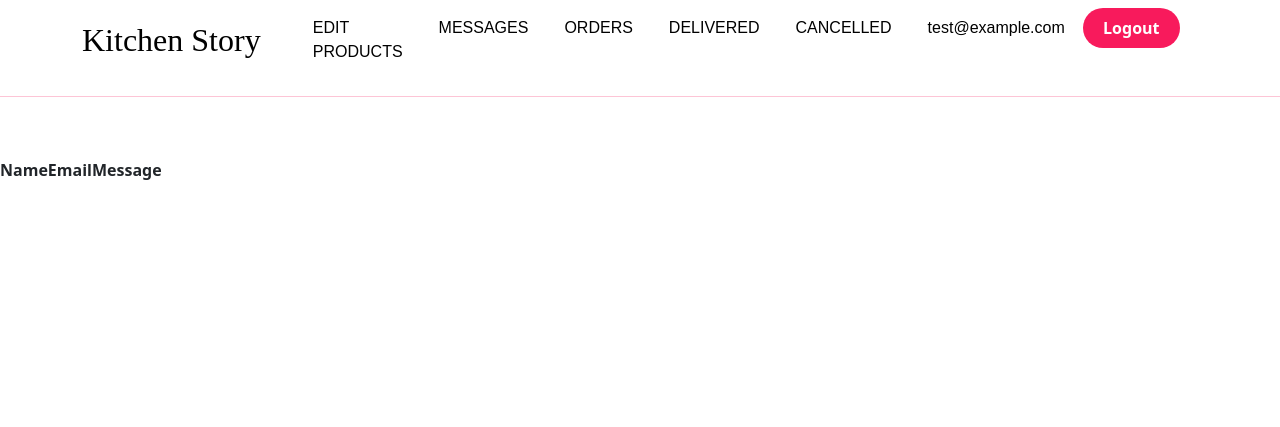
Repository: manishmachha/project-kitchenStory
Page: http://localhost/Phase_4_Kitchen_Story/admin/messages.jsp
An editor plug-in stored every save of this project. The page is shown before and after the next save, followed by the edit.
The browser window is 1280 px wide. The pictures show the whole page.
Some web fonts or font styles are not loaded; a fallback is used. Some web libraries are served in a nearby version. The page is served by Tomcat 10. The session is filled in as if someone had signed in: {"email": "test@example.com"}. Queries for data that is not in the repository find no rows.

Above is the page before, as saved 2022-03-11 06:34:29.

After the next save:
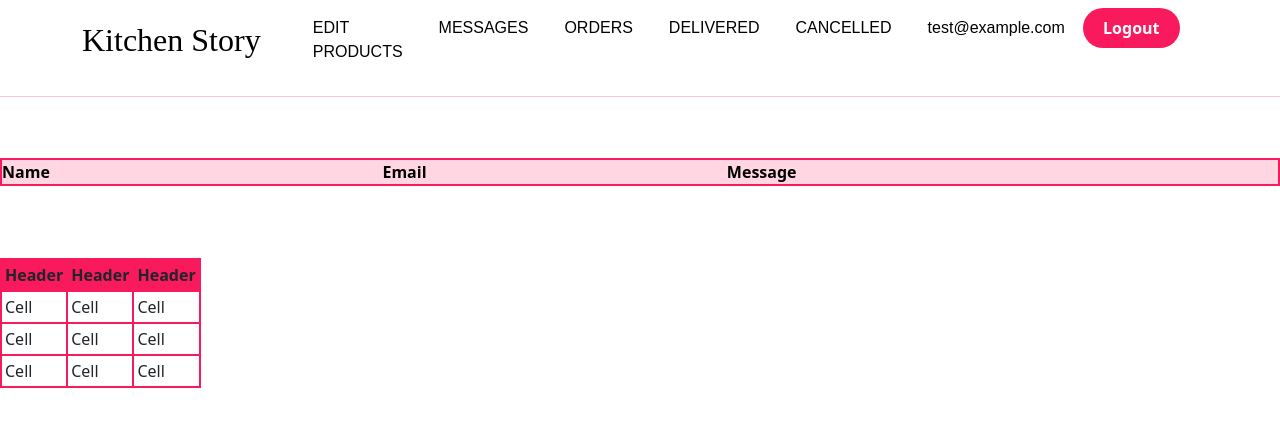
Saved 5 min 16 s later.
--- a/Phase 4 Kitchen Story/src/main/webapp/admin/messages.jsp
+++ b/Phase 4 Kitchen Story/src/main/webapp/admin/messages.jsp
@@ -7,16 +7,32 @@
 <meta http-equiv="Content-Type" content="text/html; charset=ISO-8859-1">
 <title>Home</title>
 <style>
-h3
-{
-	color: yellow;
-	text-align: center;
+table.message {
+  width: 100%;
+  background-color: #ffd6e2;
+  border-collapse: collapse;
+  border-width: 2px;
+  border-color: #f81a5c;
+  border-style: solid;
+  color: #000000;
+}
+
+table.GeneratedTable td, table.GeneratedTable th {
+  border-width: 2px;
+  border-color: #f81a5c;
+  border-style: solid;
+  padding: 3px;
+}
+
+table.GeneratedTable thead {
+  background-color: #f81a5c;
 }
 </style>
+
 </head>
 <body>
 <div style="color: white; text-align: center; font-size: 30px;">Messages Received <i class='fas fa-comment-alt'></i></div>
-<table>
+<table class="message">
 <thead>
 <tr>
 <th scope="col">Name</th>
@@ -54,3 +70,54 @@ System.out.println (e) ;
 
 </body>
 </html>
+
+
+
+
+
+
+
+
+
+
+
+
+
+
+
+
+
+
+
+
+
+
+
+<!-- HTML Code: Place this code in the document's body (between the 'body' tags) where the table should appear -->
+<table class="GeneratedTable">
+  <thead>
+    <tr>
+      <th>Header</th>
+      <th>Header</th>
+      <th>Header</th>
+    </tr>
+  </thead>
+  <tbody>
+    <tr>
+      <td>Cell</td>
+      <td>Cell</td>
+      <td>Cell</td>
+    </tr>
+    <tr>
+      <td>Cell</td>
+      <td>Cell</td>
+      <td>Cell</td>
+    </tr>
+    <tr>
+      <td>Cell</td>
+      <td>Cell</td>
+      <td>Cell</td>
+    </tr>
+  </tbody>
+</table>
+<!-- Codes by Quackit.com -->
